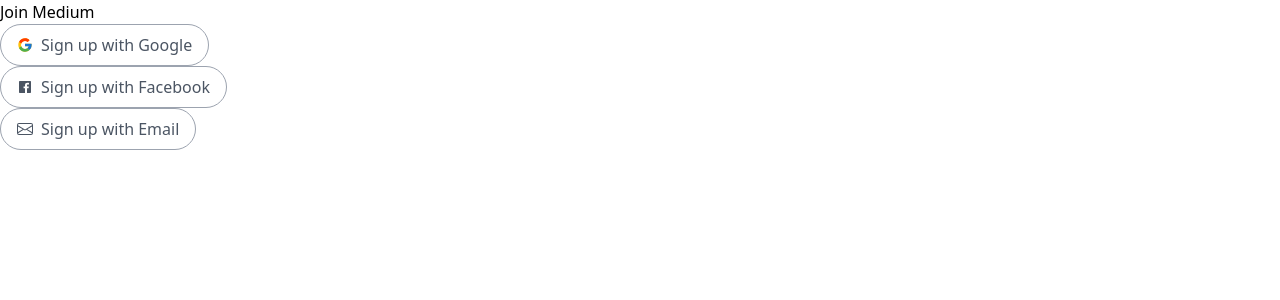
Repository: hisreal123/yt-build
Page: /m/CreateAccount
The author's editor kept a copy of each file at every save. The page is drawn from the files as they stood at one save, then again after the next save.
The browser window is 1280 px wide. The pictures show the whole page.
The project was rebuilt for these pictures with package versions that can differ from the ones it lists, and the page was loaded fresh each time. The framework's server and built-in components were replaced by stand-ins that run in the browser. Also part of the build but not shown: next.config.js.

Above is the page before, as saved 2022-11-12 14:05:20.

After the next save:
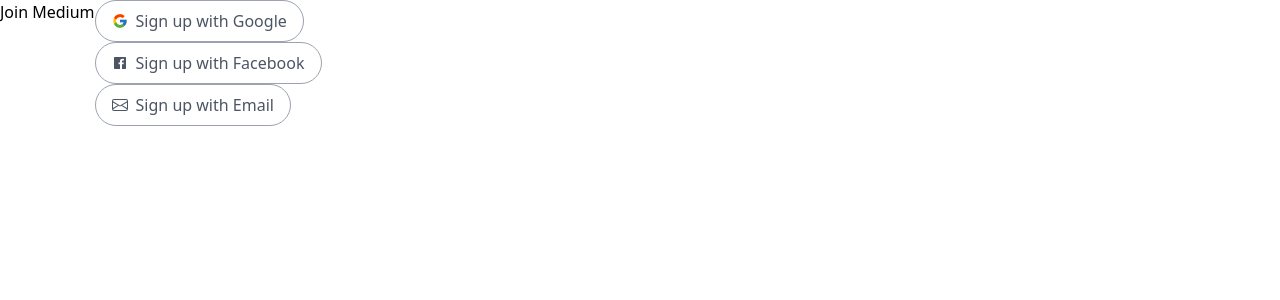
Saved 7 s later.
--- a/pages/m/CreateAccount.tsx
+++ b/pages/m/CreateAccount.tsx
@@ -6,7 +6,7 @@
 
 function CreateAccount() {
   return (
-    <div className="h-screen w-screen ">
+    <div className="h-screen w-screen flex ">
       <h2> Join Medium </h2>
 
       <div className="social">

After the save that followed:
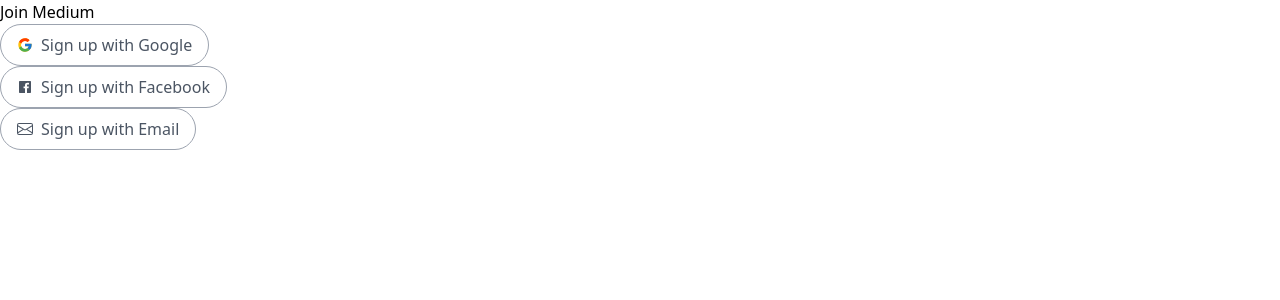
Saved 7 s later.
--- a/pages/m/CreateAccount.tsx
+++ b/pages/m/CreateAccount.tsx
@@ -6,7 +6,7 @@
 
 function CreateAccount() {
   return (
-    <div className="h-screen w-screen flex ">
+    <div className="h-screen w-screen flex flex-col ">
       <h2> Join Medium </h2>
 
       <div className="social">
